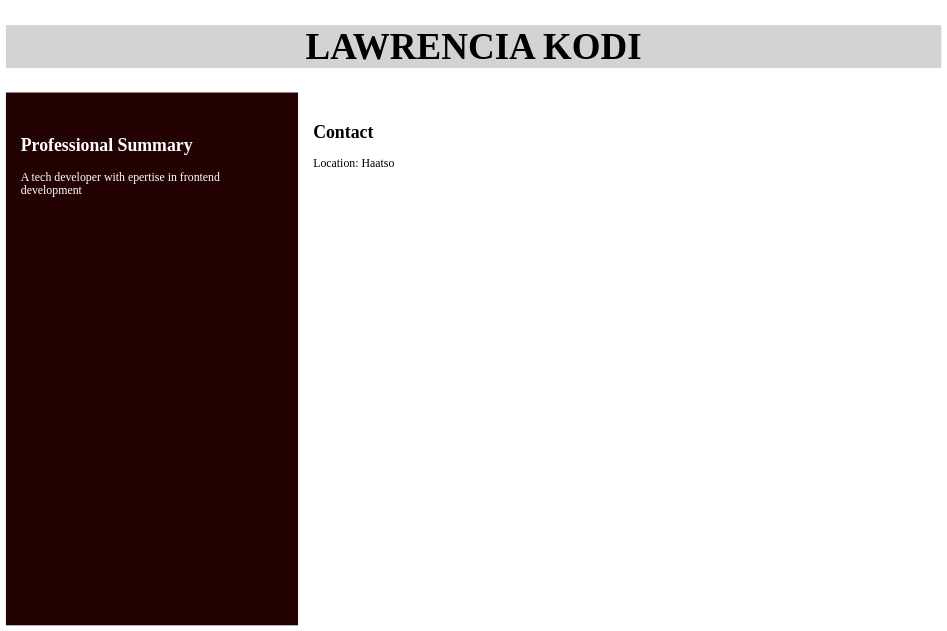
Repository: lawrencia-coder/T4G_CV
Page: index.html
These files come from the project's save history. The page is drawn as it stood at one moment and after the next save; the edit follows.
The browser window is 1280 px wide. The pictures show the whole page, at 74% of full size.
Some web libraries are served in a nearby version.

Above is the page before, as saved 2026-07-09 07:58:21.

After the next save:
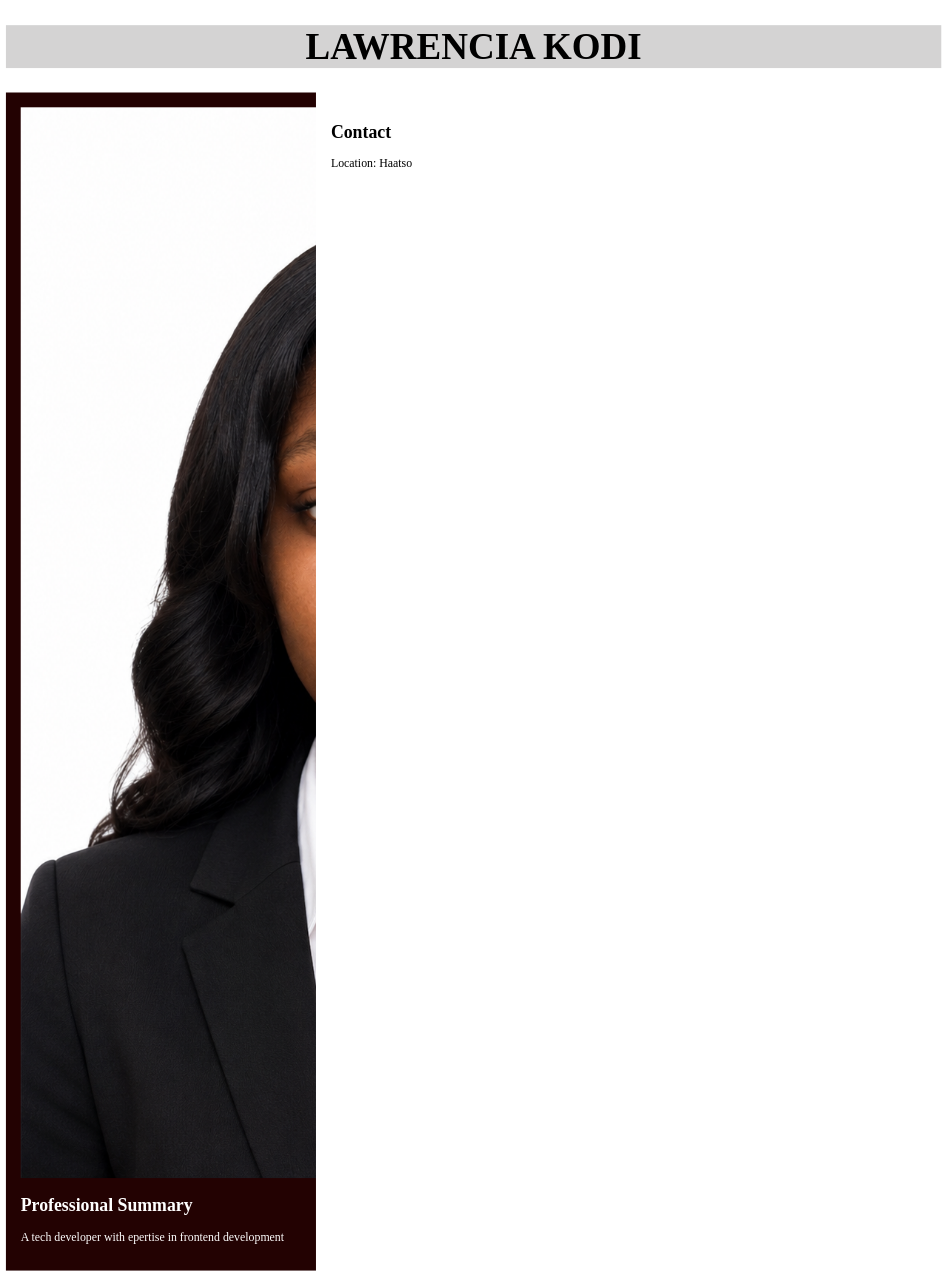
Saved 6 s later.
--- a/index.html
+++ b/index.html
@@ -11,7 +11,7 @@
     <h1>LAWRENCIA KODI</h1>
     <div class="cv-container">
         <div class="left-column">
-            <img src="" alt="">
+            <img src="images/passport pic 1.png" alt="">
             <h2>Professional Summary</h2>
               <p>A tech developer with epertise in frontend development</p>
         </div>
